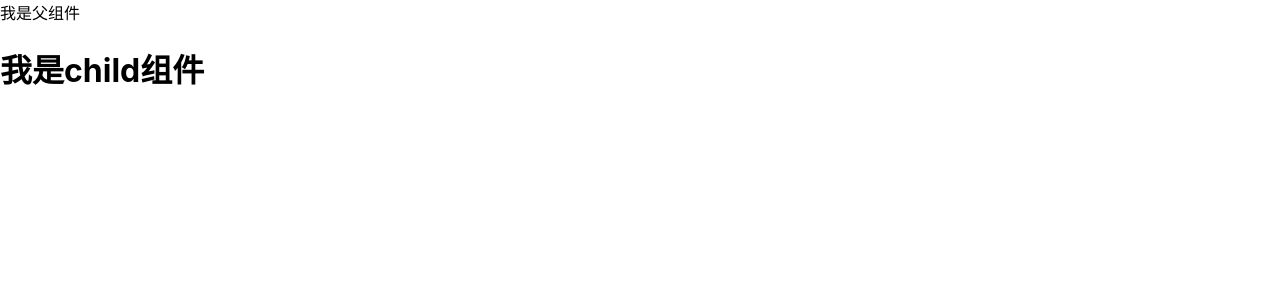
Repository: AprilChou4/cra-demo
Page: /
These files come from the project's save history. The page is drawn as it stood at one moment and after the next save; the edit follows.
The browser window is 1280 px wide. The pictures show the whole page.
The project was rebuilt for these pictures with package versions that can differ from the ones it lists, and the page was loaded fresh each time.

Above is the page before, as saved 2021-02-24 10:29:18.

### src/index.js
import React from 'react';
import ReactDOM from 'react-dom';
import './index.css';
import App from './component/ReactLife';

ReactDOM.render(
  <React.StrictMode>
    <App />
  </React.StrictMode>,
  document.getElementById('root'),
);

### src/component/ReactLife/index.jsx
// react生命周期
import React, { Component } from 'react';
import Father from './Father';
class Life extends Component {
  render() {
    return <Father />;
  }
}
export default Life;

### src/component/ReactLife/Father.jsx
import React from 'react';
import Child from './Child';

class Father extends React.Component {
  constructor(props) {
    super(props);
    this.state = { showModal: false };

    this.handleShow = this.handleShow.bind(this);
    this.handleHide = this.handleHide.bind(this);
  }

  handleShow() {
    this.setState({ showModal: true });
  }

  handleHide() {
    this.setState({ showModal: false });
  }

  render() {
    return (
      <div className="app">
        我是父组件
        <Child />
      </div>
    );
  }
}
export default Father;

### src/component/ReactLife/Child.jsx
import React, { Component } from 'react';
class Child extends Component {
  render() {
    return (
      <div>
        <h1>我是child组件</h1>
      </div>
    );
  }
}
export default Child;

Loaded but not shown: public/index.html (common file); src/index.css (common file)

After the next save:
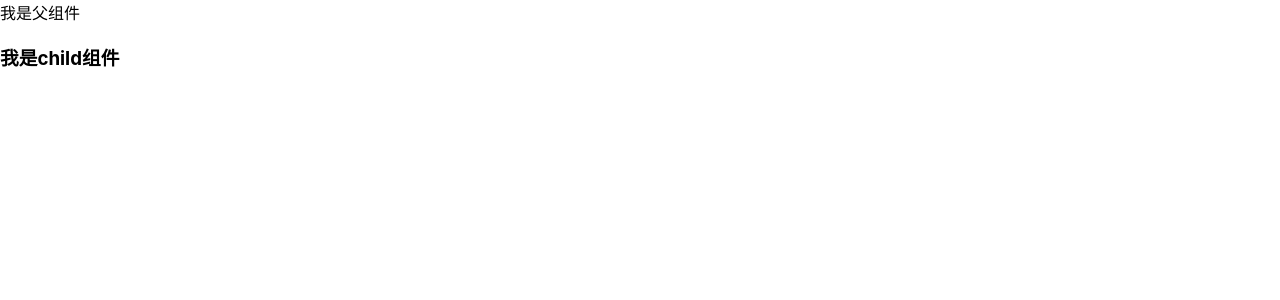
Saved 14 s later.
--- a/src/component/ReactLife/Child.jsx
+++ b/src/component/ReactLife/Child.jsx
@@ -3,7 +3,7 @@ class Child extends Component {
   render() {
     return (
       <div>
-        <h1>我是child组件</h1>
+        <h3>我是child组件</h3>
       </div>
     );
   }
